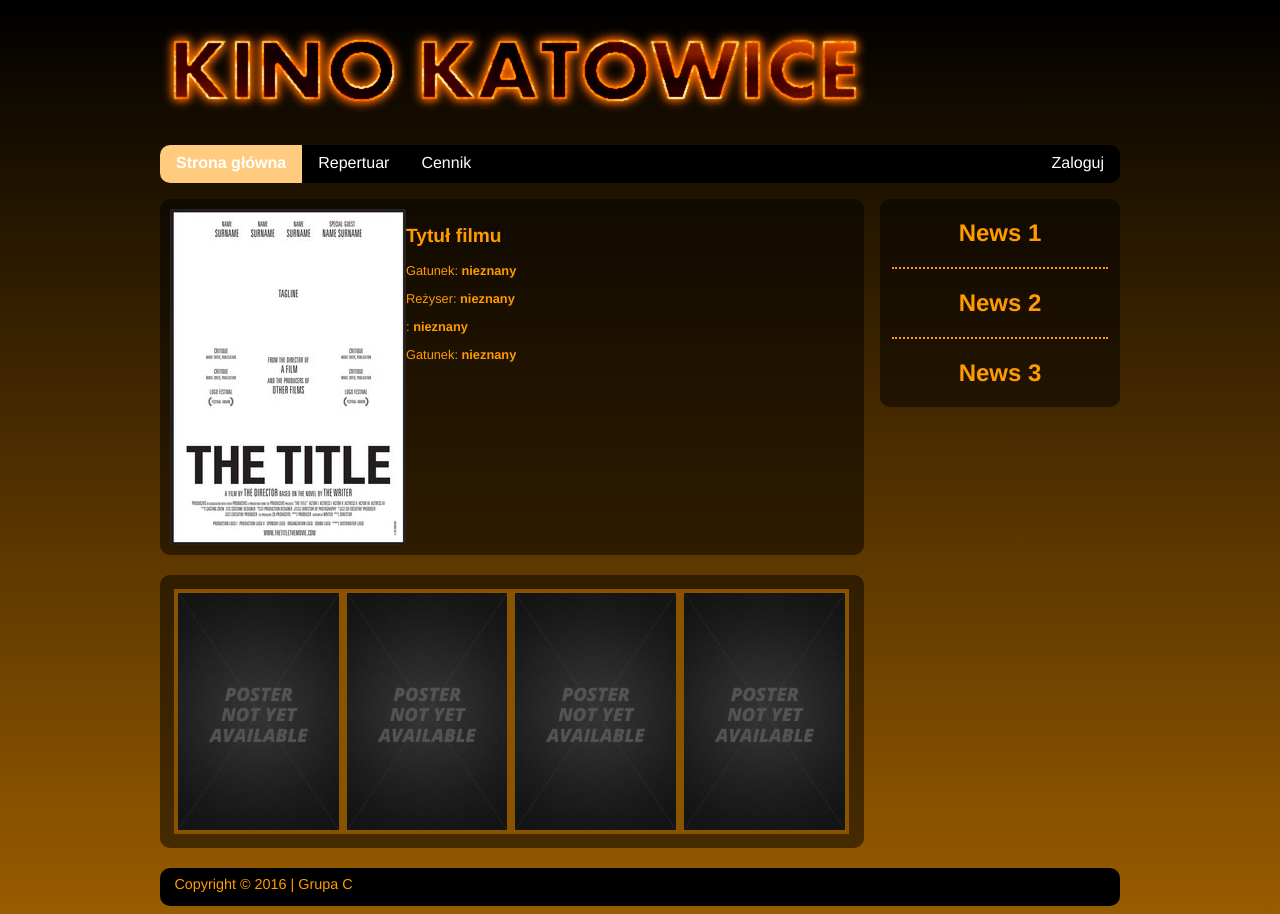
Repository: Gate4/Grupa-C
Page: http://localhost/KinoWebApp/WEB-INF/jsp/welcome.jsp
The author's editor kept a copy of each file at every save. The page is drawn from the files as they stood at one save, then again after the next save.
The browser window is 1280 px wide. The pictures show the whole page.
Some web libraries are served in a nearby version. The page is served by Tomcat 9. Nobody is signed in. Other server files are loaded and not shown. The template is opened directly, without the code that normally fills it, so the values that code supplies are empty.

Above is the page before, as saved 2016-04-21 21:51:43.

### KinoWebApp/WebContent/WEB-INF/jsp/welcome.jsp
<%@page pageEncoding="UTF-8" contentType="text/html; charset=UTF-8"%>
<%@ taglib prefix="spring" uri="http://www.springframework.org/tags"%>
<!DOCTYPE html>
<html>
<head>


<spring:url value="/resources/style.css" var="styleCSS" />
<link href="${styleCSS}" rel="stylesheet" />
<script
	src="https://ajax.googleapis.com/ajax/libs/jquery/2.1.3/jquery.min.js"></script>
<link href="${styleCSS}" rel="stylesheet" />
<title>Kino</title>
</head>

<body>
	<div id="page">
		<header>
			<h1 id="logo">
				<img src="img/logo.png" alt="Najlepsze kino ever">
			</h1>

			<nav class="clear">
				<ul>
					<li><a class="active" href='#'>Strona główna</a></li>
					<li><a href='#'>Repertuar</a></li>
					<li><a href='#'>Cennik</a></li>
					<li><a href='#'>Zaloguj</a></li>
				</ul>
			</nav>
		</header>


		<div id="content" role="main">
			<section class="primary">
				<section class="tile">
					<img src="resources/img/poster1.jpg" alt="Tytuł filmu 1">
					<h2>Tytuł filmu</h2>
					<p>Gatunek: <span>nieznany</span></p>
					<p>Reżyser: <span>nieznany</span></p>
					<p>: <span>nieznany</span></p>
					<p>Gatunek: <span>nieznany</span></p>
				</section>

				<section class="tile">
					<section class="poster">
						<a href='#'><img src="resources/img/poster4.jpg"
							alt="Tytuł filmu 1"></a>
					</section>
					<section class="poster">
						<a href='#'><img src="resources/img/poster4.jpg"
							alt="Tytuł filmu 2"></a>
					</section>
					<section class="poster">
						<a href='#'><img src="resources/img/poster4.jpg"
							alt="Tytuł filmu 3"></a>
					</section>
					<section class="poster">
						<a href='#'><img src="resources/img/poster4.jpg"
							alt="Tytuł filmu 4"></a>
					</section>
				</section>

			</section>

			<aside class="secondary">
				<section>
					<h2>News 1</h2>
					<p>${message}</p>
				</section>
				<hr>
				<section>
					<h2>News 2</h2>
					<p>${message}</p>
				</section>
				<hr>
				<section>
					<h2>News 3</h2>
					<p>${message}</p>
				</section>
			</aside>
		</div>

		<footer class="clear">
			<section class="footer">
				<p>Copyright © 2016 | Grupa C</p>
			</section>
		</footer>
	</div>

</body>

</html>

### KinoWebApp/WebContent/resources/style.css
body{
	background: #000000;
	background: linear-gradient(#000000, #995c00);
	color: #FF9A00;
	font-family: Helvetica, Verdana, sans;
}

#page{
	width: 960px;
	margin: 0 auto;
}

#logo, .primary, .poster, .tile{
	float: left;
}

#contact, .secondary{
	float: right;
}

.clear{
	clear: both;
}

.primary{
	width: 75%;
}

.secondary{
	border-radius: 10px;
	background-color: #000000;
	background-color: rgba(0,0,0,0.5);
	width: 25%;
}

.secondary p{
	margin-left: 1em;
	text-align: left;
	color: #FFCC7F;
}

.secondary h2{
	text-align: center;
}

.secondary hr{
	border: none;
	border-top: 2px dotted #FF9A00;
	width: 90%;
}

nav ul{
	border-radius: 10px;
	background-color: #000000;
	min-height: 2.4em;
	list-style: none;
	padding: 0;
}

nav ul li{
	display: inline;
	padding: 5px 1em;
}

nav ul li a{
	display: block;
	float: left;
	height: 1.2em;
	padding: 0.6em 1em;
	margin: 0;
	color: #fff;
	text-decoration: none;
}

nav ul li a:hover, a.active{
	background: #FFCC7F;
	font-weight: bold;
}

nav ul li:last-child{
	float: right;
	padding: 0;
}

nav ul li:first-child a:hover, nav ul li:first-child a.active{
	border-radius: 10px 0 0 10px;
}

nav ul li:last-child a:hover, nav ul li:last-child a.active{
	border-radius: 0 10px 10px 0;
}


.hidden{
	display: none;
}

.poster{
	width: 23.5%;
	padding: 4px 4px 4px 4px;
}

.poster img{
	border-style: solid;
    border-width: 4px;
    border-color: #895300;
	width: 100%;
}

.poster img:hover{
	border-style: solid;
    border-width: 4px;
    border-color: #ffb13b;
	width: 100%;
}


.tile{
    border-radius: 10px;
	background-color: #000000;
	background-color: rgba(0,0,0,0.5);
    width: 95%;

    color: #FF9A00;

    font-size: 0.8em;

    text-align: left;

    margin: 0px 20px 20px 0px;

    padding: 10px 10px 10px 10px;

    border-radius: 10px;
}

.tile img{
	float: left;
}

.tile p span{
    font-weight: bold;
}


.footer{
	border-radius: 10px;
	background-color: #000000;
	min-height: 2.4em;
	padding: 0 0px 0 0;
}

.footer p{
	font-size: 0.9em;
	padding: 0.6em 1em;
}

After the next save:
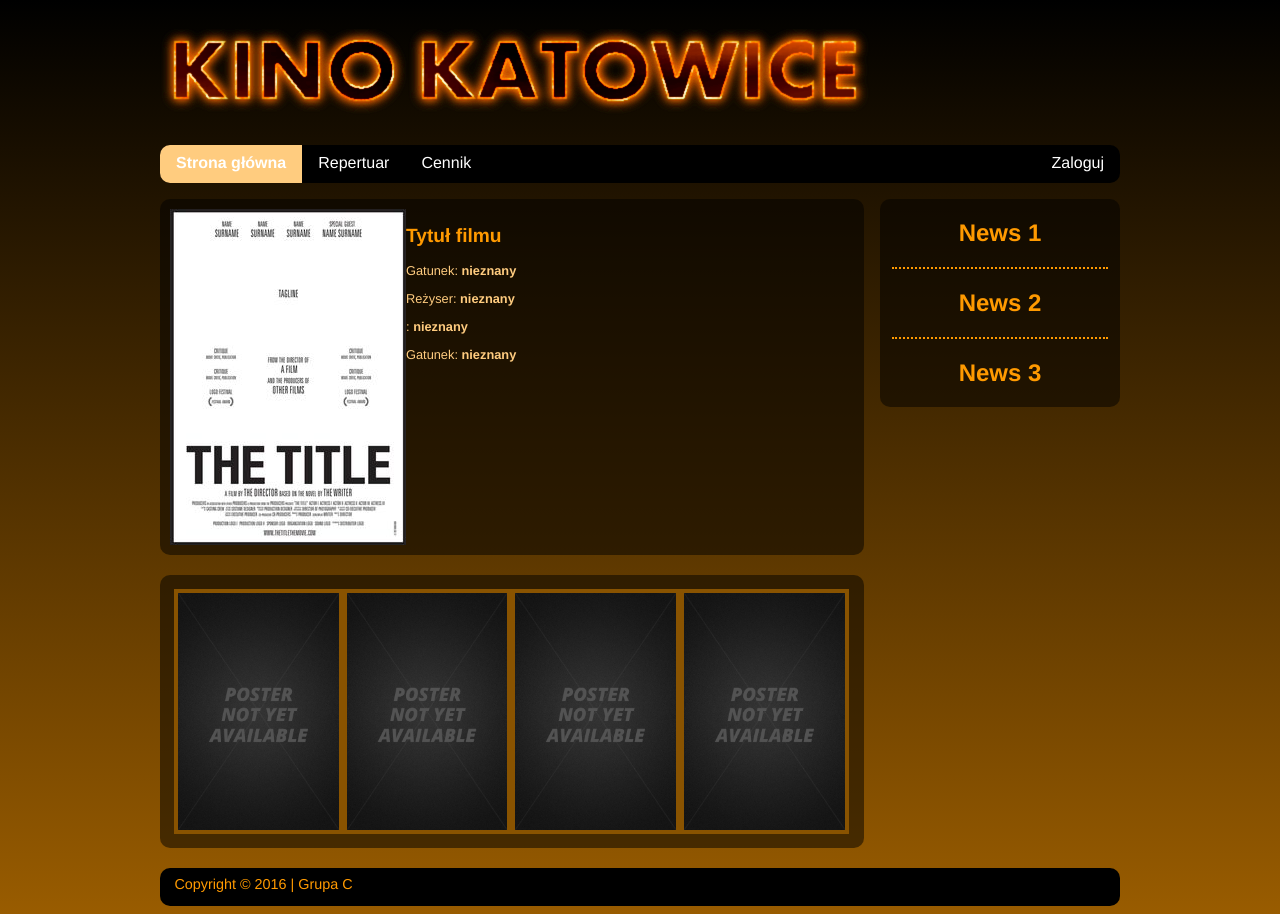
Saved 77 s later.
--- a/KinoWebApp/WebContent/resources/style.css
+++ b/KinoWebApp/WebContent/resources/style.css
@@ -33,7 +33,7 @@ body{
 	width: 25%;
 }
 
-.secondary p{
+.secondary p,.tile p{
 	margin-left: 1em;
 	text-align: left;
 	color: #FFCC7F;
